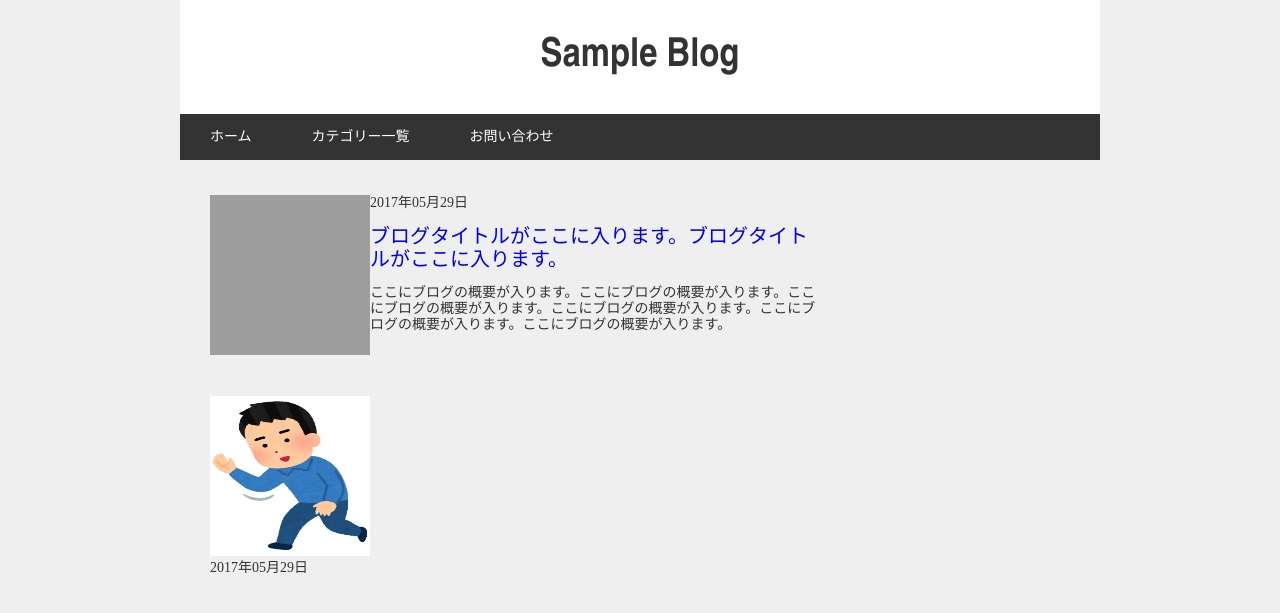
Repository: KogawaLink/-html
Page: html/ouyou/index.html
The author's editor kept a record of every edit. The page is drawn from the files as they stood at one moment, then again after the next edit.
The browser window is 1280 px wide. The pictures show the whole page.
Pictures or frames that could not be fetched are drawn as grey boxes.

Above is the page before.

After the next edit:
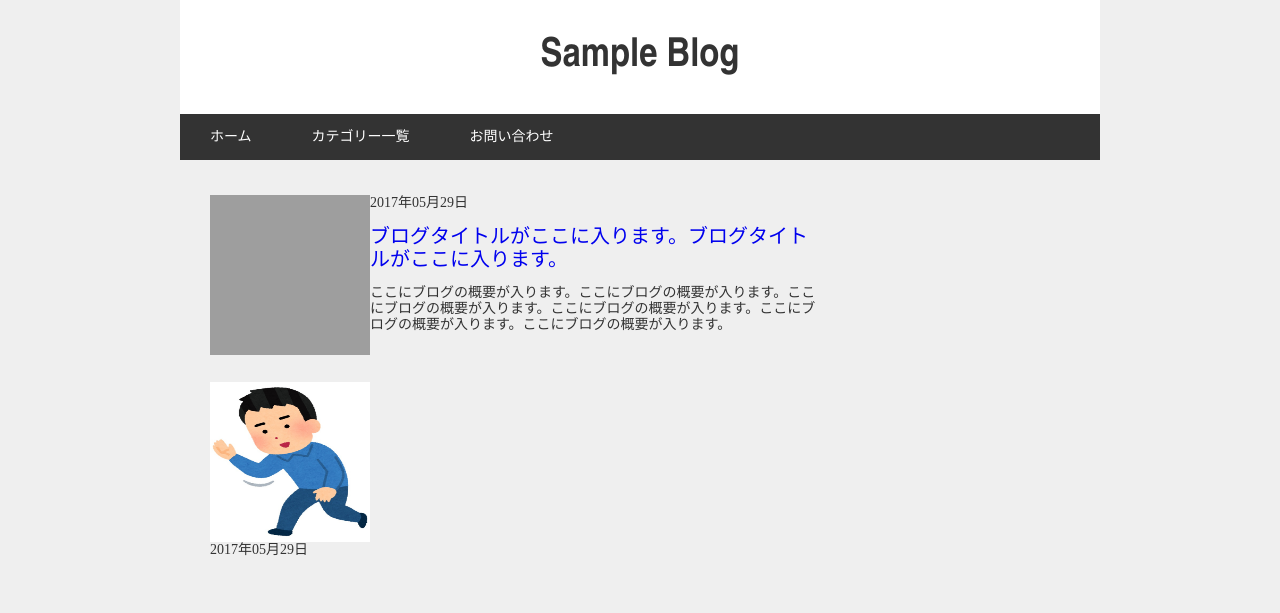
The edit:
--- a/html/ouyou/style.css
+++ b/html/ouyou/style.css
@@ -94,7 +94,7 @@
 }
 
 .blogphoto2 {
-  clear: left;
+  display: flex;
   width: 160px;
   height: 160px;
   margin: 35px 0 0 0;
